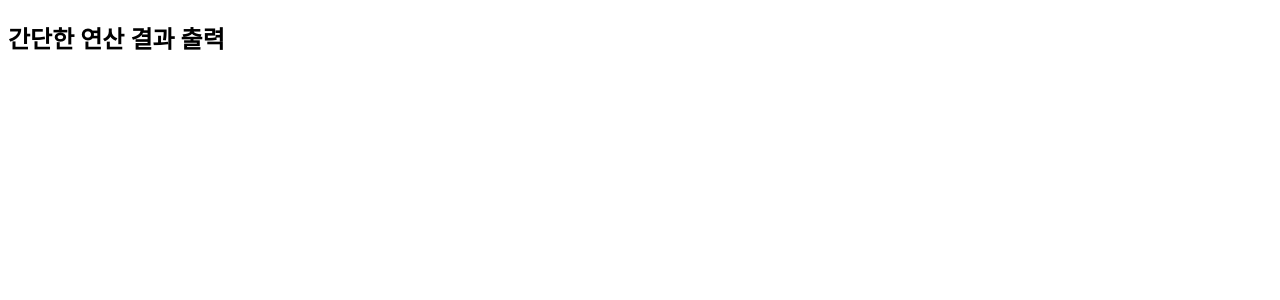
Repository: jihyeon00/java_web_sol
Page: http://localhost/jspweb_07/operate.jsp
The author's editor kept a copy of each file at every save. The page is drawn from the files as they stood at one save, then again after the next save.
The browser window is 1280 px wide. The pictures show the whole page.
The page is served by Tomcat 9.

Above is the page before, as saved 2024-01-10 07:02:16.

### workspace_stsb/jspweb_07/src/main/webapp/operate.jsp
<%@ page language="java" contentType="text/html; charset=UTF-8"
    pageEncoding="UTF-8"%>
<!DOCTYPE html>
<html>
<head>
<meta charset="UTF-8">
<title>Insert title here</title>
</head>
<body>
	<h2>간단한 연산 결과 출력</h2>

	<!-- 자바 코드 -->
	<%
		int num1 = 32;
		int num2 = 16;

		 // 더하기, 빼기, 곱하기, 나누기 수행
        double sum = num1 + num2;
        double difference = num1 - num2;
        double product = num1 * num2;
        double quotient = (num2 != 0) ? num1 / num2 : Double.POSITIVE_INFINITY;

	%>
</body>
</html>

After the next save:
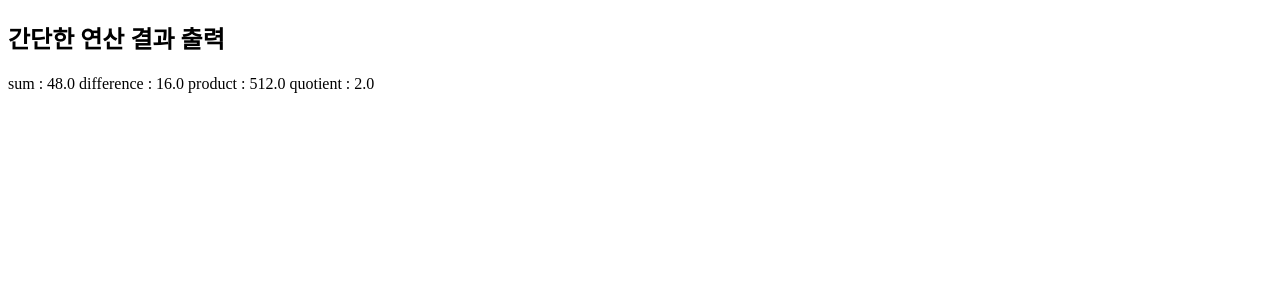
Saved 83 s later.
--- a/workspace_stsb/jspweb_07/src/main/webapp/operate.jsp
+++ b/workspace_stsb/jspweb_07/src/main/webapp/operate.jsp
@@ -1,5 +1,5 @@
 <%@ page language="java" contentType="text/html; charset=UTF-8"
-    pageEncoding="UTF-8"%>
+	pageEncoding="UTF-8"%>
 <!DOCTYPE html>
 <html>
 <head>
@@ -14,12 +14,16 @@
 		int num1 = 32;
 		int num2 = 16;
 
-		 // 더하기, 빼기, 곱하기, 나누기 수행
-        double sum = num1 + num2;
-        double difference = num1 - num2;
-        double product = num1 * num2;
-        double quotient = (num2 != 0) ? num1 / num2 : Double.POSITIVE_INFINITY;
+		// 더하기, 빼기, 곱하기, 나누기 수행
+		double sum = num1 + num2;
+		double difference = num1 - num2;
+		double product = num1 * num2;
+		double quotient = (num2 != 0) ? num1 / num2 : Double.POSITIVE_INFINITY;
 
+		out.println("sum : " + sum);
+		out.println("difference : " + difference);
+		out.println("product : " + product);
+		out.println("quotient : " + quotient);
 	%>
 </body>
 </html>
